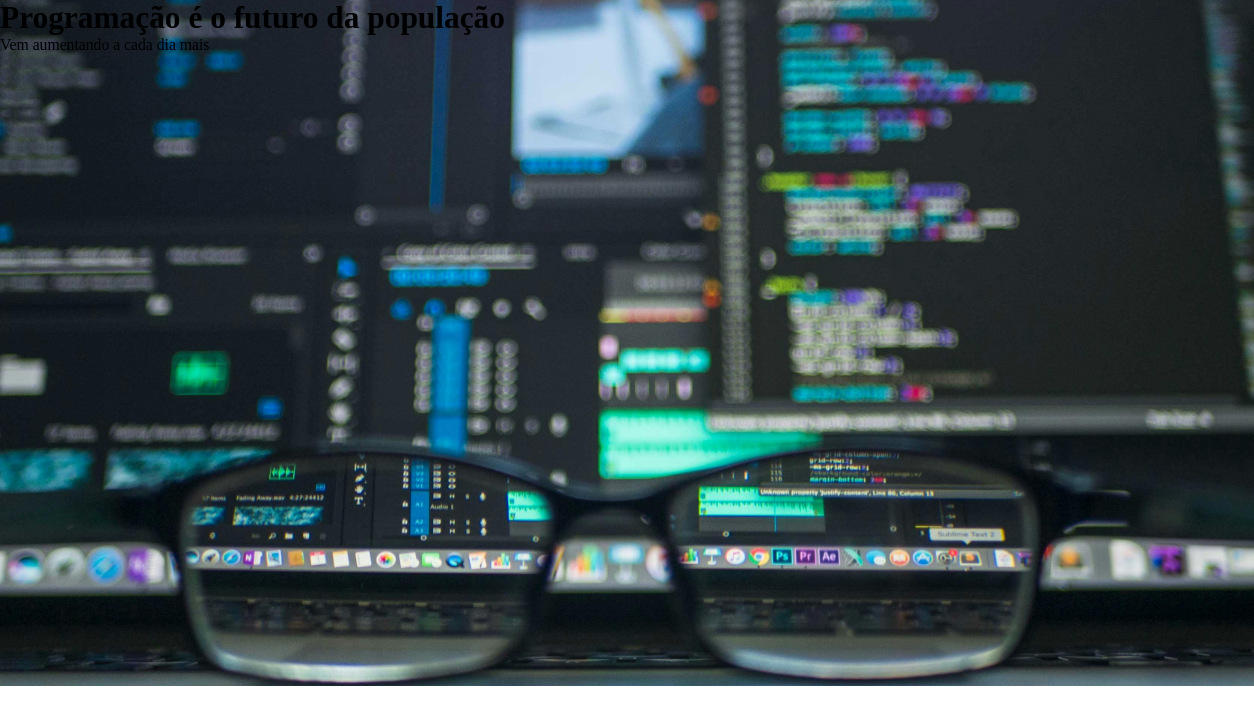
Repository: Caiquedev123/Sites
Page: index.html
The author's editor kept a copy of each file at every save. The page is drawn from the files as they stood at one save, then again after the next save.
The browser window is 1280 px wide. The pictures show the whole page, at 98% of full size.

Above is the page before, as saved 2024-07-22 14:17:39.

### index.html
<!DOCTYPE html>
<html lang="en">
<head>
    <meta charset="UTF-8">
    <meta name="viewport" content="width=device-width, initial-scale=1.0">
    <title>Projeto</title>
    <link rel="stylesheet" href="style.css">
    <link rel="stylesheet" href="./reset.css">
</head>
<body>
    <div class="container">
        <h1>Programação é o futuro da população</h1>
        <p>Vem aumentando a cada dia mais</p>
    </div>
    <section class="imagens">
        <img src="./imagem/Progrmação.jpg" alt="programação">
    </section>
</body>
</html>

### style.css
body{background-color: rgb(255, 255, 255);}

.container{
    position: absolute;
    z-index: 1;
}

img{
    width: 100%;
    height: 700px;
    object-fit: cover;
    position: relative;
}

Loaded but not shown: reset.css (common file)

After the next save:
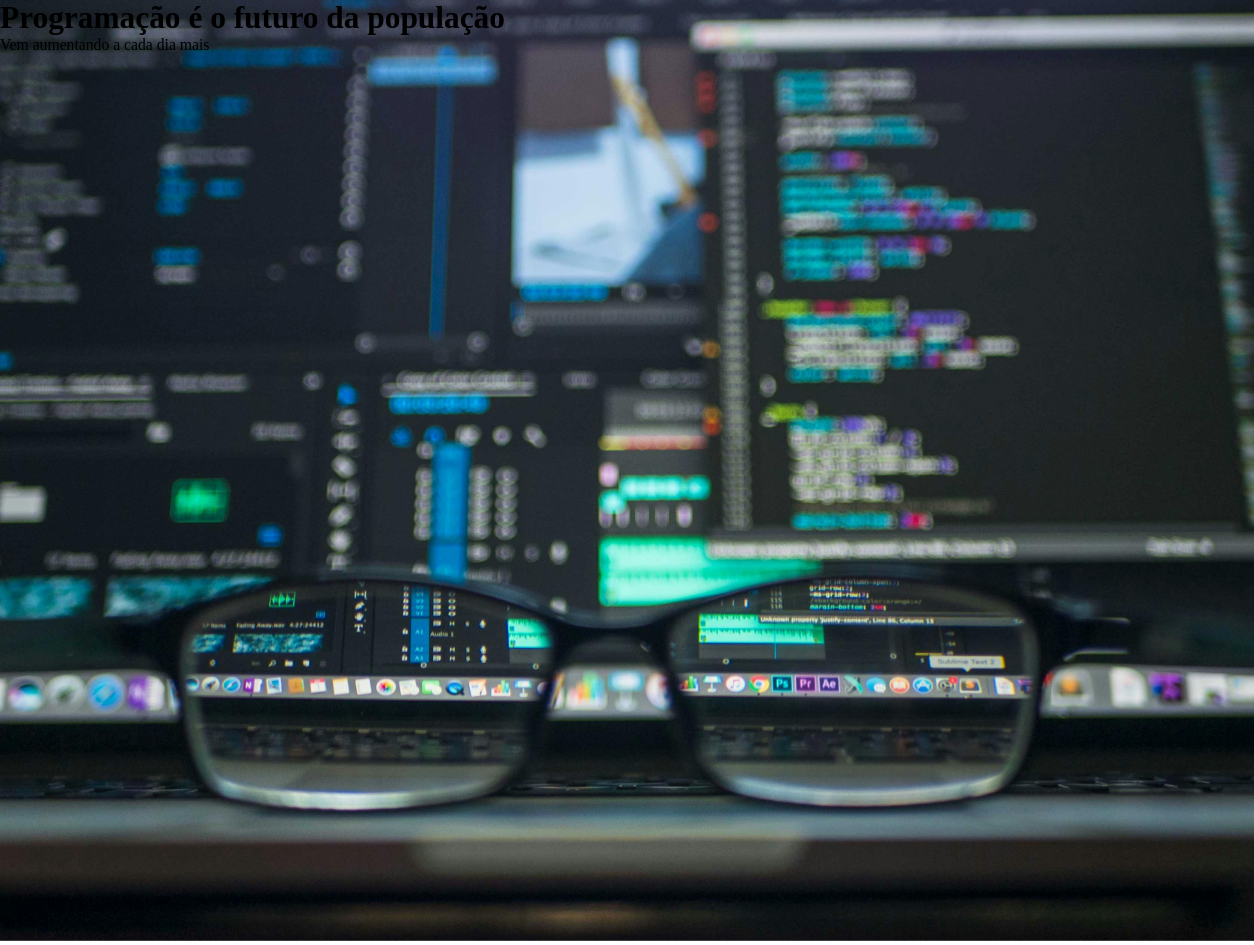
Saved 13 s later.
--- a/style.css
+++ b/style.css
@@ -7,7 +7,6 @@
 
 img{
     width: 100%;
-    height: 700px;
     object-fit: cover;
     position: relative;
 }
